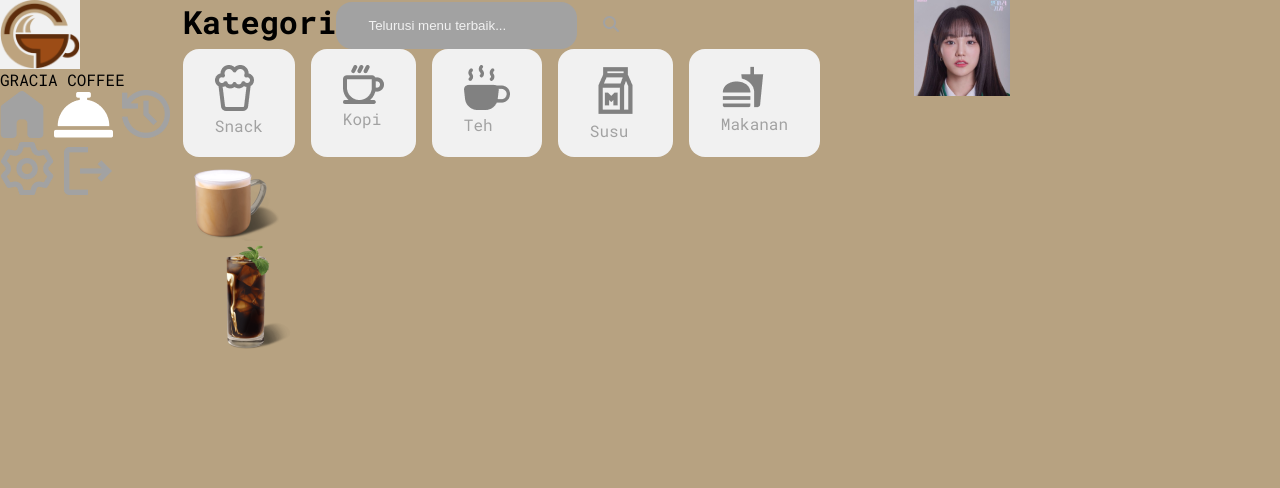
Repository: DanielChuaaa/sbd2
Page: index.html
The author's editor kept a copy of each file at every save. The page is drawn from the files as they stood at one save, then again after the next save.
The browser window is 1280 px wide. The pictures show the whole page.
Some web libraries are served in a nearby version.

Above is the page before, as saved 2023-10-20 11:10:51.

### index.html
<!DOCTYPE html>
<html lang="en">
<head>
    <meta charset="UTF-8">
    <meta name="viewport" content="width=device-width, initial-scale=1.0">
    <title>Document</title>
    <link href="https://fonts.googleapis.com/css2?family=Roboto+Mono:wght@400;600;700&display=swap" rel="stylesheet" />
    <link
      rel="stylesheet"
      href="https://cdnjs.cloudflare.com/ajax/libs/font-awesome/6.1.2/css/all.min.css"
      integrity="sha512-1sCRPdkRXhBV2PBLUdRb4tMg1w2YPf37qatUFeS7zlBy7jJI8Lf4VHwWfZZfpXtYSLy85pkm9GaYVYMfw5BC1A=="
      crossorigin="anonymous"
      referrerpolicy="no-referrer"
    />
    <link rel="stylesheet" href="style.css">
</head>
<body>
    <div class="container">
        <div class="grid-wrapper">
            <div class="iconParent">
                <img src="/assets/logo projek SBD 1.png" class="icon" width="80px" height="70px" alt="logo">
                <p class="">GRACIA COFFEE</p>
                <a href="#"><img src="./assets/home.png" alt="home"></a>
                <a href="#"><img src="./assets/menu.png" alt="menu"></a>
                <a href="#"><img src="./assets/history.png" alt="history"></a>
                <a href="#"><img src="./assets/setting.png" alt="setting"></a>

                <a href="#"><img src="./assets/logout.png" alt="logout"></a>
            </div>

            <div class="content">
                <div class="nav">
                    <h1>Kategori</h1>
                    <div class="inputWrapper">
                        <input type="text" name="text" id="text" class="input" placeholder="Telurusi menu terbaik...">
                        <i class="fa-solid fa-magnifying-glass"></i>
                    </div>
                </div>

                <div class="menu">
                    <div class="iconMenu"><a href="#"><img src="./assets/popcorn.png" alt="popcorn"></a>
                        <p>Snack</p>
                    </div>
                    <div class="iconMenu"><a href="#"><img src="./assets/kopi.png" alt="kopi"></a>
                        <p>Kopi</p>
                    </div>
                    <div class="iconMenu"><a href="#"><img src="./assets/teh.png" alt="teh"></a>
                        <p>Teh</p>
                    </div>
                    <div class="iconMenu"><a href="#"><img src="./assets/susu.png" alt="susu"></a>
                        <p>Susu</p>
                    </div>
                    <div class="iconMenu"><a href="#"><img src="./assets/makanan.png" alt="makanan"></a>
                        <p>Makanan</p>
                    </div>
                </div>

                <div class="orderMenu">
                    <div class="menu1">
                        <img src="./assets/Vanilla Latte_LongShadow_Cream_1 1.png" alt="">
                    </div>
                    <div class="menu2"><img src="./assets/10032021_Vietnamese_LS-min 1.png" alt=""></div>
                </div>
            </div>

            <div class="order">
                <img src="/assets/g_8___8_idola_cantik_berbakat_alumni_sm_entertainment_yang_sudah_debut_di_girlgroup_agensi_lain_p_eks_sm_trainee-20220408-001-non_fotografer_kly 1.png" alt="">
            </div>
        </div>
    </div>
</body>
</html>

### style.css
:root{
    --clr-primary-100: #B7A281;

    --clr-neutral-100: #818181;
    --clr-neutral-200: #A2A2A2;
    --clr-neutral-300: #D9D9D9;
    --clr-neutral-400: #F8F8F8;
    --clr-neutral-500:  #f1f1f1;

    --ff: "Roboto Mono", monospace;

    --fw-regular: 400;
    --fw-semi-bold: 600;
    --fw-bold: 700;
}

*{
    box-sizing: border-box;
    margin: 0;
    padding: 0;
}

body{
    font-family: var(--ff);
    background-color: #B7A281;
}

.grid-wrapper{
    display: grid;
    grid-template-columns: 0.5fr 2fr 1fr;
}

.icon{
    background: var(--clr-neutral-500);

    display: flex;
    flex-direction: column;
    align-items: center;
    max-width: 150px;
    height: auto;

    gap: 1rem;
}

.fa-solid{
    color: var(--clr-neutral-200);
    padding: 1rem;
}


/* content */

.nav{
    display: flex;

}

.input{
    background: var(--clr-neutral-200);

    border: none;
    padding: 1rem 2rem;
    border-radius: 1rem;

}

::placeholder{
    color: var(--clr-neutral-500);
}

.menu{
    display: flex;
    gap: 1rem;
}

.iconMenu{
    background: var(--clr-neutral-500);

    padding: 1rem 2rem;
    border-radius: 1rem;
}

.iconMenu p{
    color: var(--clr-neutral-200);
}

After the next save:
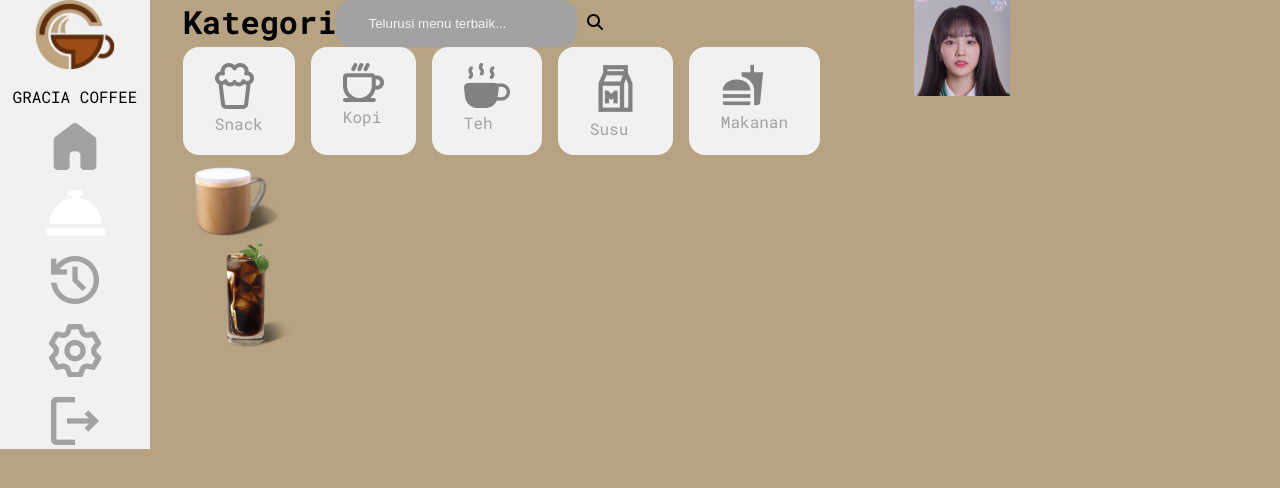
Saved 11 s later.
--- a/style.css
+++ b/style.css
@@ -30,7 +30,7 @@ body{
     grid-template-columns: 0.5fr 2fr 1fr;
 }
 
-.icon{
+.iconParent{
     background: var(--clr-neutral-500);
 
     display: flex;
@@ -42,9 +42,8 @@ body{
     gap: 1rem;
 }
 
-.fa-solid{
-    color: var(--clr-neutral-200);
-    padding: 1rem;
+.icon{
+
 }
 
 
